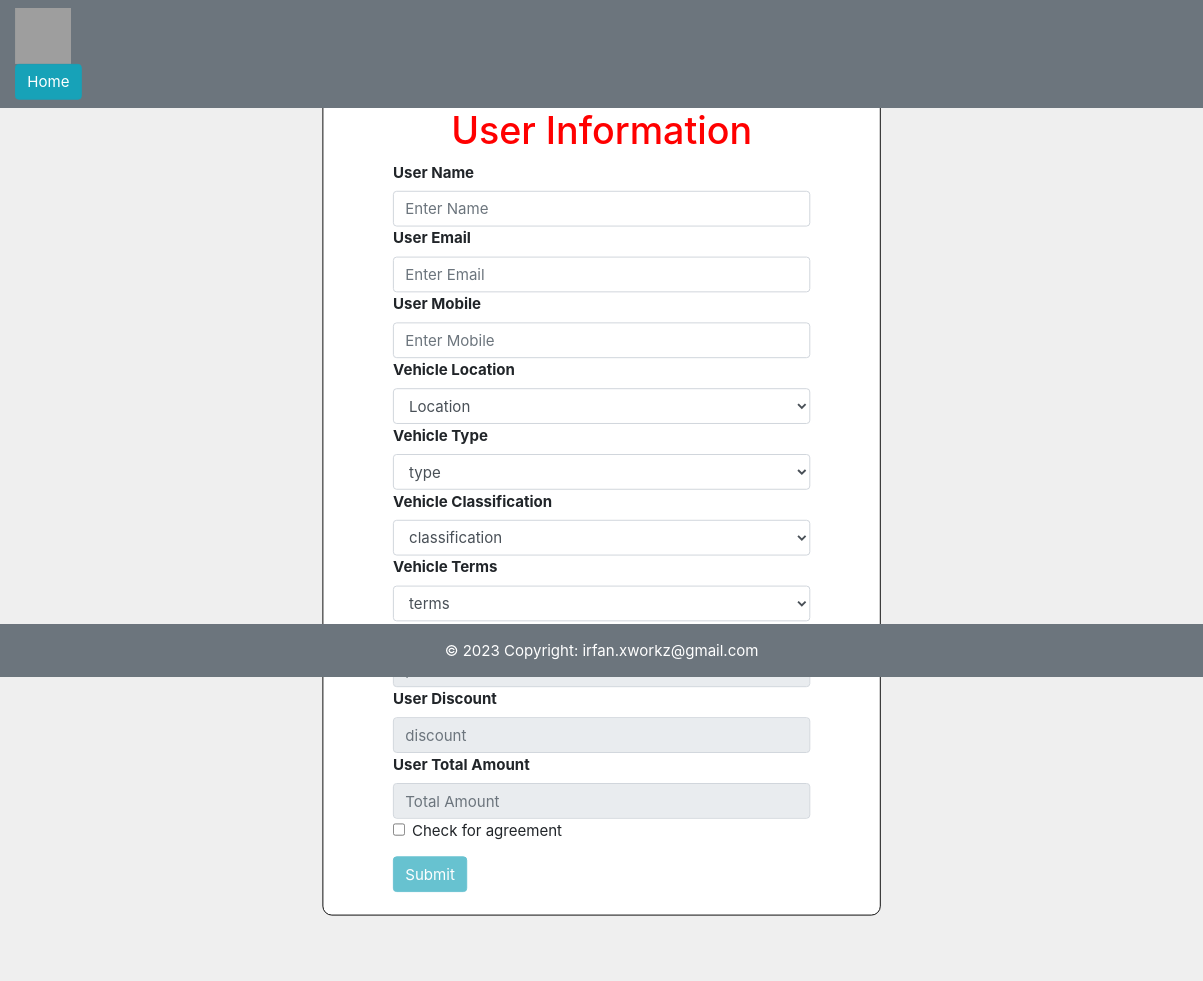
Repository: irfanxworkz/Project
Page: http://localhost/parking/UserInfo.jsp
These files come from the project's save history. The page is drawn as it stood at one moment and after the next save; the edit follows.
The browser window is 1280 px wide. The pictures show the whole page, at 94% of full size.
Pictures or frames that could not be fetched are drawn as grey boxes. The page is served by Tomcat 9. Other server files are loaded and not shown.

Above is the page before, as saved 2023-07-09 22:02:28.
Console error: SyntaxError: Unexpected token 'else'

### parking/src/main/webapp/UserInfo.jsp
<%@ page language="java" contentType="text/html; charset=UTF-8"
    pageEncoding="UTF-8"%>
<!DOCTYPE html >
<html>
<head>
<meta charset="UTF-8">
<title>User-Page</title>

<!-- Link of JQuery cdn -->
    <script src= "https://ajax.googleapis.com/ajax/libs/jquery/3.5.1/jquery.min.js"> </script>
<!-- Checkbox disable or enable -->
<script>
	$(document).ready(function () {
		  $('#myCheckbox').click(function () {
		    $('#myButton').prop("disabled", !$("#myCheckbox").prop("checked"));
		  })
		});

 	function validateFields() {
		var location=document.getElementById("location").value;
		var type=document.getElementById("type").value;
		var classification=document.getElementById("classification").value;
		var terms=document.getElementById("terms").value;

		if(location=="" || location==null && type=="" || type==null && classification=="" || classification==null && terms=="" || terms==null){
			document.getElementById('validate').innerHTML="please fill the form";
			return false;
		}else if (location=="" || type =="" || classification =="" || terms =="") {
			document.getElementBy('validate').innerHTML="please fill the missing fields";
			return false;
		}
		}else{
			document.getElementBy('validate').innerHTML="";
			return true;
		}
	}

 	function EmailAjax(){
 		console.log("EmailAjax logged-in");
 		var email=document.getElementById("email").value;
 		var url="http://localhost:8080/parking/validateEmail/"+email;
 		console.log(url);
 		const xmlHttp=new XMLHttpRequest();
 		xmlHttp.open("GET", url);
 		xmlHttp.send();
 		xmlHttp.onload=function(){
 			console.log(this.responseText);
 			document.getElementById('display').innerHTML=this.responseText;
 			document.getElementById('here').innerHTML="";
 		}
 	}

 	function ajaxWithObj() {
 		console.log("ajaxWithObj logged-in")
 		var location=document.getElementById("location").value;
 		var type=document.getElementById("type").value;
 		var classification=document.getElementById("classification").value;
 		var terms=document.getElementById("terms").value;
 		var url="http://localhost:8080/parking/getPriceAndDiscount/"+location+"/"+type+"/"+classification+"/"+terms
 		console.log(url);
 		const xmlHttp=new XMLHttpRequest();
 		xmlHttp.open("GET", url);
 		xmlHttp.send();
 		xmlHttp.onload=function(){
 			document.getElementById("display").innerHTML = this.responseText;
 			console.log(this.responseText);
 			var obj=JSON.parse(this.responseText);
 			console.log(obj.price);
 			console.log(obj.discount);
 			document.getElementById("price").value=obj.price;
 			document.getElementById("discount").value=obj.discount;
 			var totalAmount=obj.price-((obj.price*obj.discount)/100);
 			console.log(totalAmount);
 			document.getElementById("totalAmount").value = totalAmount;
 		}
	}
 </script>
<!-- Link of Bootstrap cdn -->
<link rel="stylesheet"
	href="https://cdn.jsdelivr.net/npm/bootstrap@4.4.1/dist/css/bootstrap.min.css">
	<link rel="stylesheet" href="Parking.css">
</head>
<header>
	<div class="fixed-header">
		<nav class="navbar navbar-dark bg-secondary justify-content-between">
			<img src="https://w7.pngwing.com/pngs/974/17/png-transparent-car-park-parking-computer-icons-parking-text-rectangle-logo-thumbnail.png" alt="" width="60" height="60">
		    <a href="Home.jsp" class="btn btn-info" type="button" style="margin-right: 1150px;">Home</a>
		</nav>
	</div>
</header>
<body>

<div class="container">
	<form action="user" method="post" onsubmit="return validateFields()" style="background-color: white; margin-top: 10px;margin-bottom: 10px; margin-left: 200px; margin-right: 200px; border: 1px solid black; border-radius: 10px;">

		<span style="color: green;">${usermsg }</span>
		<span style="color: red;">${error }</span>
	 	<span style="color: red;" id="display"></span><a id="here" href="UserLogin.jsp"> Login </a>
		<h1 style="color: red; text-align: center;" >User Information</h1>
		<div class="container">
			<label for="name"><b>User Name</b></label>
			<input type="text" name="name" placeholder="Enter Name" class="form-control" required="required">
			<label for="email"><b>User Email</b></label>
			<input type="email" name="email" placeholder="Enter Email" class="form-control" onchange="EmailAjax()" id="email" required="required">
			<label for="mobile"><b>User Mobile</b></label>
			<input type="number" name="mobile" placeholder="Enter Mobile" class="form-control" required="required" >
			<label for="location"><b>Vehicle Location</b></label>
					<select name="location" class="form-control" id="location">
					<option value="">Location</option>
					<option value="Rajaji-Nagar">Rajaji-Nagar</option>
					<option value="kurubarahalli">Kurubarahalli</option>
					<option value="btm">BTM</option>
					</select>
			<label for="type"><b>Vehicle Type</b></label>
					<select name="type" class="form-control" id="type">
					<option value="">type</option>
					<option value="2 wheeler">2-Wheeler</option>
					<option value="4 wheeler">4-wheeler</option>
					</select>
			<label for="classification"><b>Vehicle Classification</b></label>
					<select name="classification" class="form-control" id="classification">
					<option value="">classification</option>
					<option value="bmw">BMW</option>
					<option value="dastun">Dastun</option>
					<option value="benz">Benz</option>
					<option value="bike">Bike</option>
					</select>
			<label for="terms"><b>Vehicle Terms</b></label>
					<select name="terms" class="form-control" onchange="ajaxWithObj()" id="terms">
					<option value="">terms</option>
					<option value="1-day">1-Day</option>
					<option value="7-day">7-Days</option>
					<option value="15-day">15-Days</option>
					<option value="30-day">30-Days</option>
					<option value="90-day">90-Days</option>
					<option value="180-day">180-Days</option>
					<option value="365-day">365-Days</option>
					</select>
			<label for="price"><b> User Price</b></label>
					<input type="text" name="price" class="form-control" placeholder="price" id="price" readonly="readonly">
			<label for="discount"><b>User Discount</b></label>
					<input type="text" name="discount" class="form-control" placeholder="discount" id="discount" readonly="readonly">
			<label for="totalAmount"><b>User Total Amount</b></label>
					<input type="text" name="totalAmount" class="form-control" placeholder="Total Amount" id="totalAmount" readonly="readonly">
			<div class="form-group form-check">
			    <input type="checkbox" class="form-check-input" id="myCheckbox">
			    <label class="form-check-label" for="myCheckbox">Check for agreement</label>
		 	</div>
	 			 <input type="submit" value="Submit" class="btn btn-info" id="myButton" disabled><br><br>
		</div>
	</form>
</div>
</body>
<div class="fixed-footer">
<footer class="bg-secondary text-white">
    <div class="text-center p-3" style="background-color: secondary;">
      © 2023 Copyright:
      <a class="text-white" href="https://irfan.xworkz@gmail.com/">irfan.xworkz@gmail.com</a>
    </div>
</footer>
</div>
</html>

### parking/src/main/webapp/Parking.css
@charset "UTF-8";



 /* Add some padding on document's body to prevent the content
    to go underneath the header and footer */
 	body{
        padding-top: 80px;
        padding-bottom: 60px;
        background-color: buttonface;
    }
    .container{
        width: 80%;
        margin: 0 auto; /* Center the DIV horizontally */
    }
    .fixed-header, .fixed-footer{
        width: 100%;
        position: fixed;

    }
    .fixed-header{
        top: 0;
    }
    .fixed-footer{
        bottom: 0;
    }


 /* using for table and body*/
 #customers {
  font-family: Arial, Helvetica, sans-serif;
  border-collapse: collapse;
  width: 100%;
}

#customers td, #customers th {
  border: 1px solid #ddd;
  padding: 8px;
}

#customers tr:nth-child(even){background-color: #f2f2f2;}

#customers tr:hover {background-color: #ddd;}

#customers th {
  padding-top: 12px;
  padding-bottom: 12px;
  text-align: left;
  background-color: #04AA6D;
  color: white;
}

After the next save:
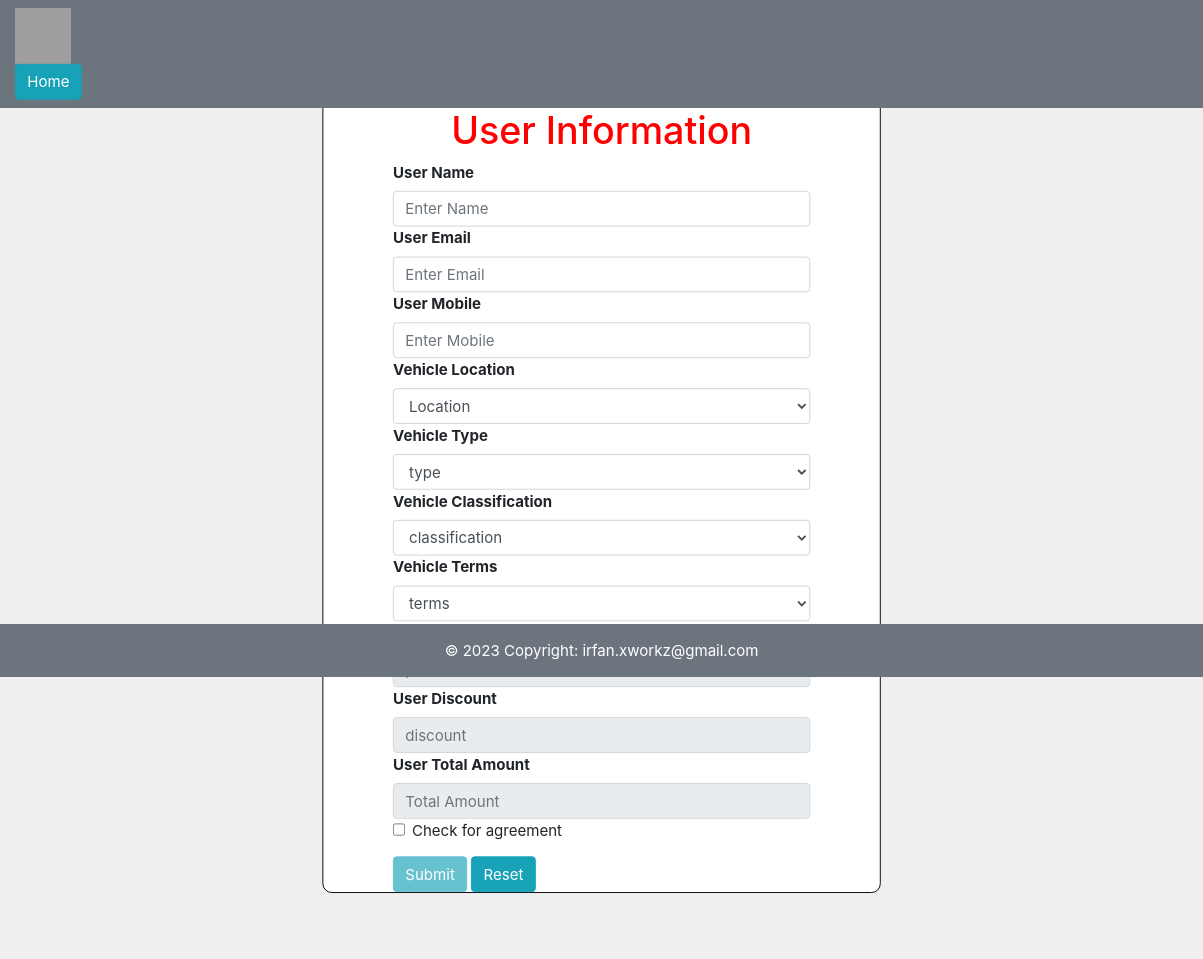
Saved 7 min 13 s later.
--- a/parking/src/main/webapp/UserInfo.jsp
+++ b/parking/src/main/webapp/UserInfo.jsp
@@ -146,7 +146,8 @@
 			    <input type="checkbox" class="form-check-input" id="myCheckbox">
 			    <label class="form-check-label" for="myCheckbox">Check for agreement</label>
 		 	</div>
-	 			 <input type="submit" value="Submit" class="btn btn-info" id="myButton" disabled><br><br>
+	 			 <input type="submit" value="Submit" class="btn btn-info" id="myButton" disabled>
+	 			 <input type="reset" value="Reset" class="btn btn-info">
 		</div>
 	</form>
 </div>
